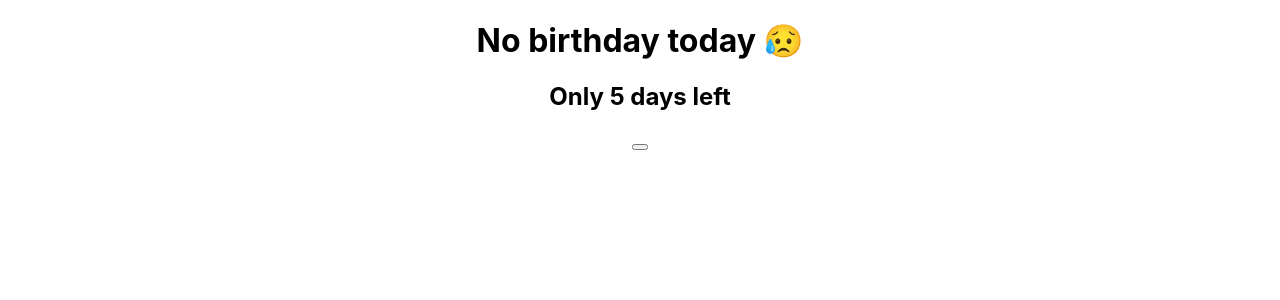
Repository: David-Waite/HannahsBirthdayWebsite
Page: /
These files come from the project's save history. The page is drawn as it stood at one moment and after the next save; the edit follows.
The browser window is 1280 px wide. The pictures show the whole page.
The project was rebuilt for these pictures with package versions that can differ from the ones it lists, and the page was loaded fresh each time.

Above is the page before, as saved 2023-03-30 17:51:50.

After the next save:
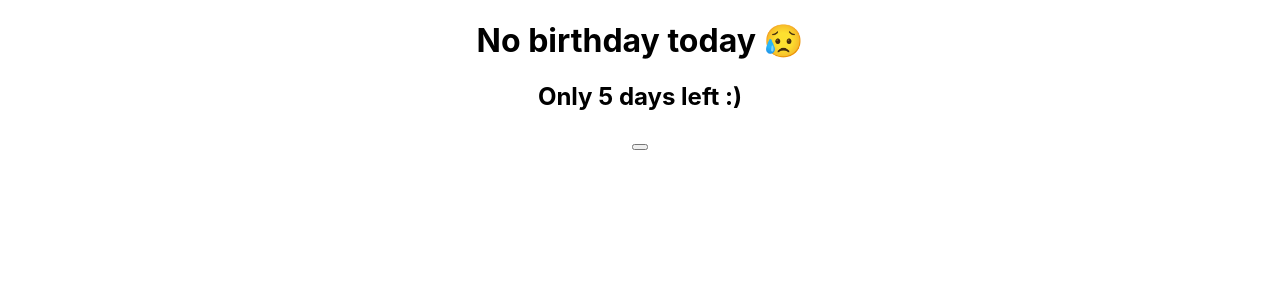
Saved 8 s later.
--- a/src/App.js
+++ b/src/App.js
@@ -41,7 +41,7 @@ function App() {
     birthdayText = (
       <>
         <h1>No birthday today 😥</h1>
-        <h2>Only {Math.floor(getDaysUntilBirthday())} days left</h2>
+        <h2>Only {Math.floor(getDaysUntilBirthday())} days left :)</h2>
       </>
     );
   }

After the save that followed:
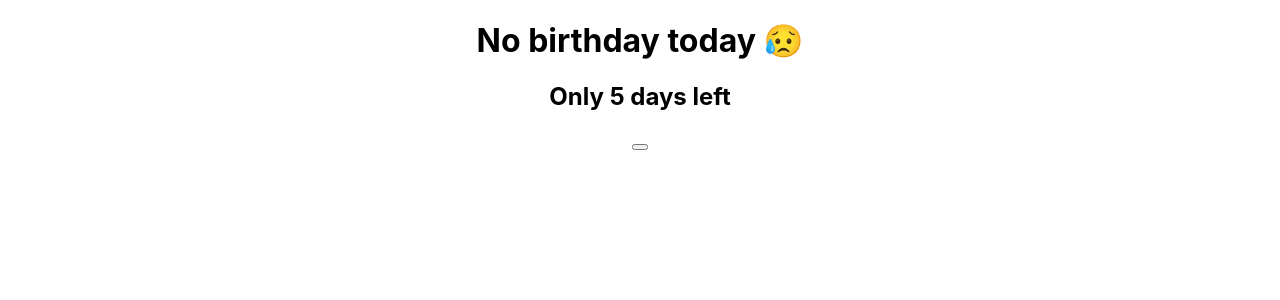
Saved 15 s later.
--- a/src/App.js
+++ b/src/App.js
@@ -41,7 +41,7 @@ function App() {
     birthdayText = (
       <>
         <h1>No birthday today 😥</h1>
-        <h2>Only {Math.floor(getDaysUntilBirthday())} days left :)</h2>
+        <h2>Only {Math.floor(getDaysUntilBirthday())} days left</h2>
       </>
     );
   }
